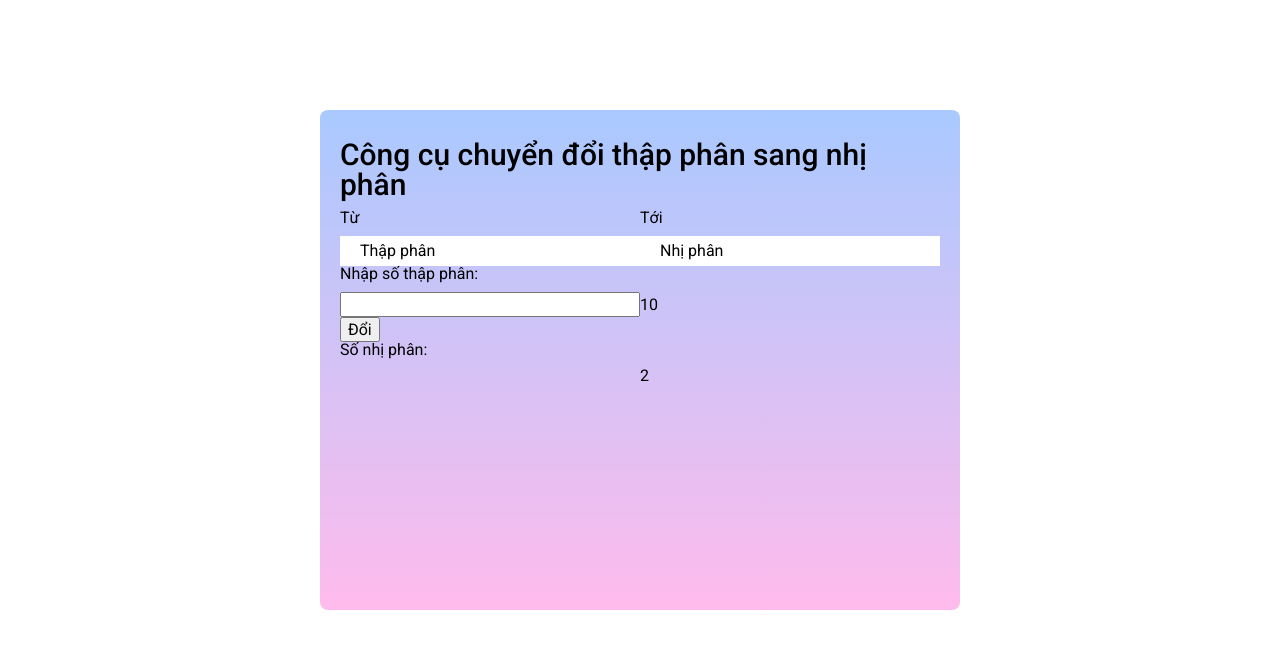
Repository: thuanpham00/covertNumber
Page: index.html
The author's editor kept a copy of each file at every save. The page is drawn from the files as they stood at one save, then again after a run of saves.
The browser window is 1280 px wide. The pictures show the whole page.
The style sheet was rebuilt from its Sass, Less or Tailwind sources for each picture, by a compiler version that may differ from the author's.

Above is the page before, as saved 2023-11-03 02:10:09.

### index.html
<!DOCTYPE html>
<html lang="en">
    <head>
        <meta charset="UTF-8" />
        <meta name="viewport" content="width=device-width, initial-scale=1.0" />
        <title>Convert Number</title>
        <link rel="stylesheet" href="./assets/css/main.css" />
        <link rel="preconnect" href="https://fonts.googleapis.com" />
        <link rel="preconnect" href="https://fonts.gstatic.com" crossorigin />
        <link
            href="https://fonts.googleapis.com/css2?family=Roboto:wght@400;500;700;900&display=swap"
            rel="stylesheet"
        />
    </head>
    <body>
        <div class="container">
            <h1 class="title">Công cụ chuyển đổi thập phân sang nhị phân</h1>
            <div class="row">
                <span class="row__desc">Từ</span>
                <span class="row__desc">Tới</span>
            </div>
            <div class="row">
                <div class="row__type">
                    <div class="row__item">Thập phân</div>
                </div>
                <div class="row__type">
                    <div class="row__item">Nhị phân</div>
                </div>
            </div>
            <div class="container__wrapper">
                <div class="desc">Nhập số thập phân:</div>
                <form class="form">
                    <div class="row">
                        <input
                            type="text"
                            class="form__input"
                            name="numberInput"
                            required
                        />
                        <span>10</span>
                    </div>
                    <input type="submit" class="form__submit" value="Đổi" />
                </form>

                <div class="desc">Số nhị phân:</div>
                <div class="row">
                    <div class="result"></div>
                    <span>2</span>
                </div>
            </div>
        </div>
    </body>
</html>

### scss/main.scss
html,
body,
div,
span,
applet,
object,
iframe,
h1,
h2,
h3,
h4,
h5,
h6,
p,
blockquote,
pre,
a,
abbr,
acronym,
address,
big,
cite,
code,
del,
dfn,
em,
img,
ins,
kbd,
q,
s,
samp,
small,
strike,
strong,
sub,
sup,
tt,
var,
b,
u,
i,
center,
dl,
dt,
dd,
ol,
ul,
li,
fieldset,
form,
label,
legend,
table,
caption,
tbody,
tfoot,
thead,
tr,
th,
td,
article,
aside,
canvas,
details,
embed,
figure,
figcaption,
footer,
header,
hgroup,
menu,
nav,
output,
ruby,
section,
summary,
time,
mark,
audio,
video {
    margin: 0;
    padding: 0;
    border: 0;
    font-size: 100%;
    font: inherit;
    vertical-align: baseline;
}
/* HTML5 display-role reset for older browsers */
article,
aside,
details,
figcaption,
figure,
footer,
header,
hgroup,
menu,
nav,
section {
    display: block;
}
body {
    line-height: 1;
}
ol,
ul {
    list-style: none;
}
blockquote,
q {
    quotes: none;
}
blockquote:before,
blockquote:after,
q:before,
q:after {
    content: "";
    content: none;
}
table {
    border-collapse: collapse;
    border-spacing: 0;
}

*,
::after,
::before {
    box-sizing: border-box;
}

html {
    font-size: 62.5%;
}

body {
    background: #fff;
    font-size: 1.6rem;
    font-family: "Roboto", sans-serif;
}

input,
select,
textarea,
button {
    font-size: inherit;
    font-family: inherit;
}

.container {
    background-color: #a9c9ff;
    background-image: linear-gradient(180deg, #a9c9ff 0%, #ffbbec 100%);

    border-radius: 8px;
    padding: 10px 20px;
    height: 500px;
    position: absolute;
    top: 50%;
    left: 50%;
    transform: translate(-50%, -50%);

    .title {
        margin-top: 20px;
        font-size: 3rem;
        font-weight: 500;
    }

    .row {
        margin-top: 10px;
        display: grid;
        align-items: center;
        grid-template-columns: 1fr 1fr;

        .row__type {
            display: flex;
            align-items: center;
            padding-left: 20px;
            height: 30px;
            width: 100%;
            background: #fff;
        }
    }
}

After the next 2 saves:
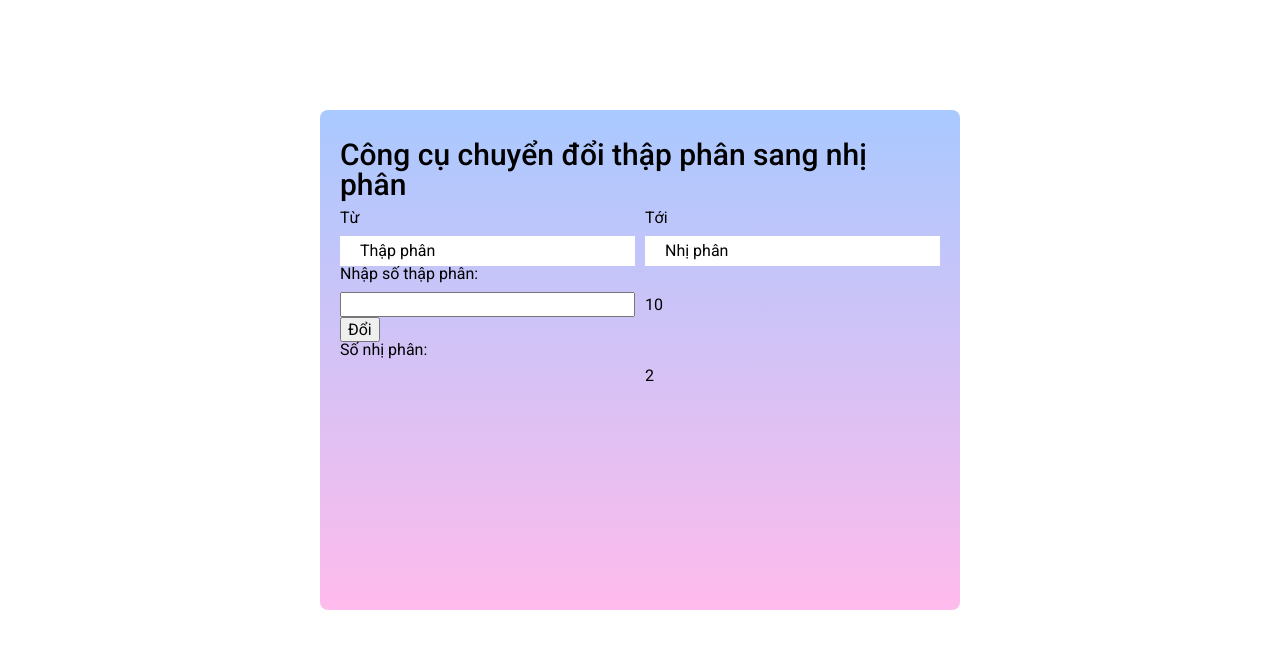
The 2 saves are shown as one change because 1 did not build or start.
The last was saved 73 s later.
--- a/scss/main.scss
+++ b/scss/main.scss
@@ -170,6 +170,7 @@ button {
         display: grid;
         align-items: center;
         grid-template-columns: 1fr 1fr;
+        column-gap: 10px;
 
         .row__type {
             display: flex;
